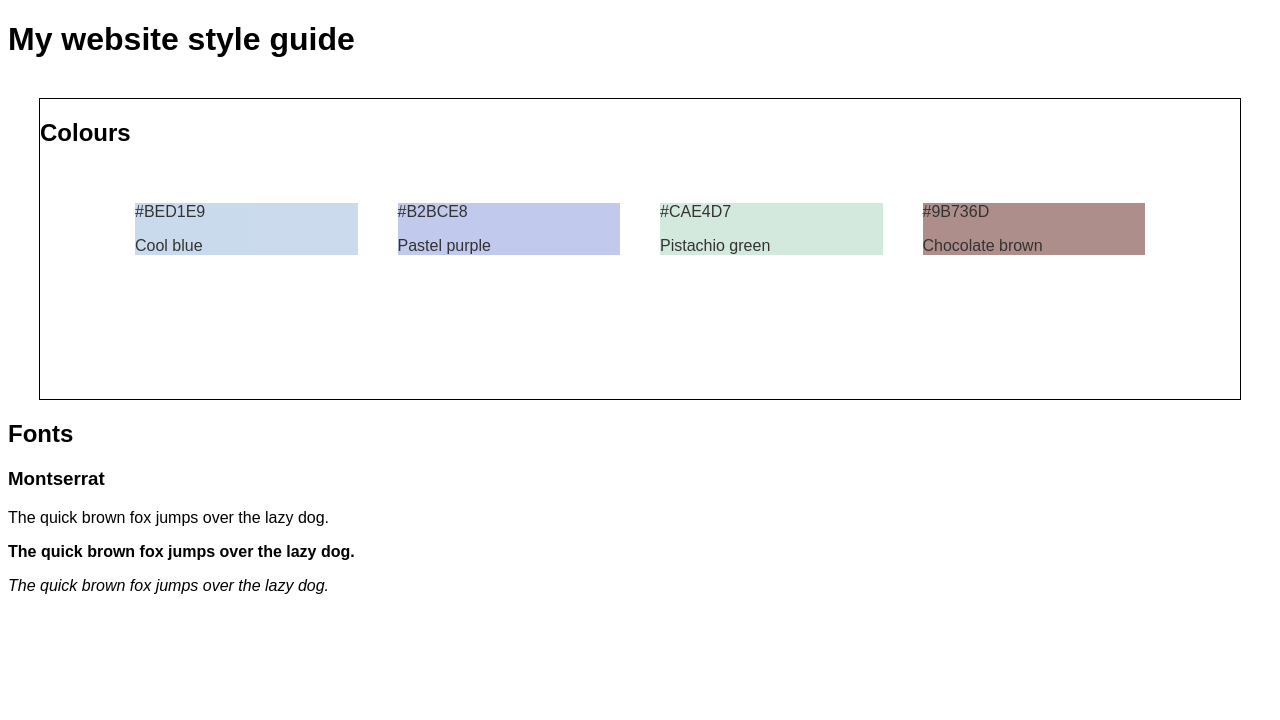
Repository: nazaninrizvi/codecademy
Page: Javascript/website-design-system/index.html
An editor plug-in stored every save of this project. The page is shown before and after the next save, followed by the edit.
The browser window is 1280 px wide. The pictures show the whole page.

Above is the page before, as saved 2021-11-26 17:05:48.

### Javascript/website-design-system/index.html
<!DOCTYPE html>
<html>
    <head>
        <title>My website style guide</title>
        <link rel="stylesheet" href="styles.css" type="text/css" />
    </head>
    <body>
        <h1>My website style guide</h1>
        <div id="colors">
            <div class="colors-container">
                <h2>Colours</h2>
                <div class="colcontainer">
                    <div class="cols"><div id="coolblue">
                        <p>#BED1E9</p>
                        <p>Cool blue</p>
                    </div></div>

                    <div class="cols"><div id="pastelPurple">
                        <p>#B2BCE8</p>
                        <p>Pastel purple</p>
                    </div></div>

                    <div class="cols"><div id="pistachio">
                        <p>#CAE4D7</p>
                        <p>Pistachio green</p>
                    </div></div>

                    <div class="cols"><div id="brown">
                        <p>#9B736D</p>
                        <p>Chocolate brown</p>
                    </div></div>
                </div>
            </div>
        </div>
        <div id="fonts">
           <h2>Fonts</h2>
           <div class="fontcontainer">
               <div class='font' id="montserrat">
                   <h3>Montserrat</h3>
                    <p>The quick brown fox jumps over the lazy dog.</p>
                    <p><b>The quick brown fox jumps over the lazy dog.</b></p>
                    <p><i>The quick brown fox jumps over the lazy dog.</i></p>                </i></p>
                </div>


           </div>
        </div>
    </body>
</html>

### Javascript/website-design-system/styles.css
*{
    font-family: 'Montserrat', sans-serif;
}

.colors-container{
    height: 300px;
    max-width: 1200px;
    margin: 40px auto auto auto;
    border: 1px solid black;
  }

  .colcontainer{
    max-width: 1050px;
    margin: 15px auto auto auto;
    display: flex;
    justify-content: space-between;
  }

  .cols{
    height: 300px;
    padding: 20px;
    margin-bottom: auto;
    flex-basis: 30%;
    box-sizing: border-box;
    opacity: 0.8;
  }

#coolblue{
    background-color: #bed1e9;
  }

#pastelPurple{
    background-color: #B2BCE8;
}

#pistachio{
    background-color: #CAE4D7;
}

#brown{
    background-color: #9B736D;
}

After the next save:
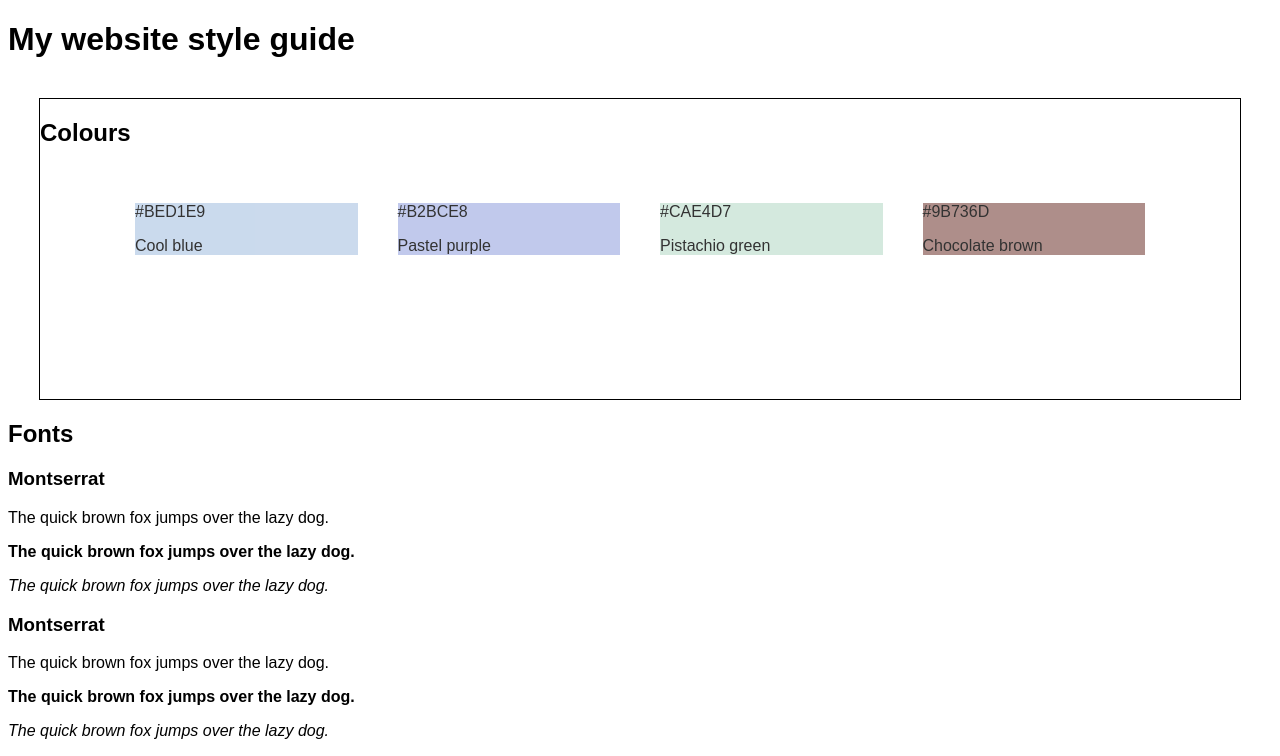
Saved 6 s later.
--- a/Javascript/website-design-system/index.html
+++ b/Javascript/website-design-system/index.html
@@ -42,7 +42,12 @@
                     <p><i>The quick brown fox jumps over the lazy dog.</i></p>                </i></p>
                 </div>
 
-
+                <div class='font' id="montserrat">
+                    <h3>Montserrat</h3>
+                     <p>The quick brown fox jumps over the lazy dog.</p>
+                     <p><b>The quick brown fox jumps over the lazy dog.</b></p>
+                     <p><i>The quick brown fox jumps over the lazy dog.</i></p>                </i></p>
+                 </div>
            </div>
         </div>
     </body>
